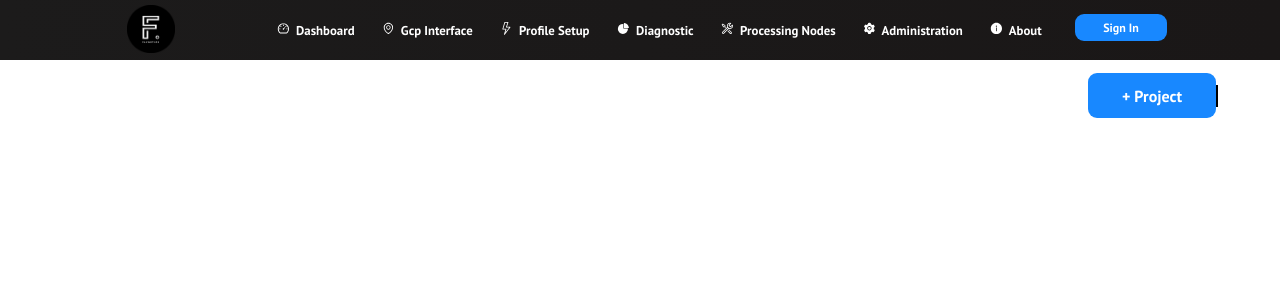
Repository: Akshaykumar1111/akki
Page: /Dashboard
The author's editor kept a copy of each file at every save. The page is drawn from the files as they stood at one save, then again after the next save.
The browser window is 1280 px wide. The pictures show the whole page.
Some web libraries are served in a nearby version. The project was rebuilt for these pictures with package versions that can differ from the ones it lists, and the page was loaded fresh each time. Also part of the build but not shown: src/components/pages/Administration.css, src/components/pages/Administration.js, src/components/pages/Diagnostic.js, src/components/pages/ProfileSetup.js, src/components/pages/GcpInterface.js, src/components/pages/ProcessingNodes.js, src/components/pages/About.js, src/components/pages/Popup.css and 7 more.

Above is the page before, as saved 2022-10-20 11:00:58.

### src/App.js
import React from 'react';
import Navbar from './components/Navbar';
import './App.css';

import { BrowserRouter as Router, Switch, Route } from 'react-router-dom';
import Dashboard from './components/pages/Dashboard';
import Administration from './components/pages/Administration';
import Diagnostic from './components/pages/Diagnostic';
import ProfileSetup from './components/pages/ProfileSetup';
import GcpInterface from './components/pages/GcpInterface';
import ProcessingNodes from './components/pages/ProcessingNodes';
import About from './components/pages/About';
import SignIn from './components/pages/SignIn';
import SignUp from './components/pages/SignUp';
import Forgot from './components/pages/Forgot';
import Otp from './components/pages/Otp';
import Popup from './components/pages/Popup';
import  ResetPassword from './components/pages/ResetPassword';
// import  popup from './components/pages/ModalDialog';
// import ModalDialog from './components/pages/ModalDialog'
// import '../node_modules/bootstrap/dist/css/bootstrap.min.css'
function App() {
  return (
    <Router>
      <Navbar />
      <Switch>

        <Route path='/Dashboard' exact component={Dashboard} />
        <Route path='/Diagnostic' component={Diagnostic} />

        <Route path='/ProfileSetup' component={ProfileSetup} />
        <Route path='/GcpInterface' component={GcpInterface} />
        <Route path='/ProcessingNodes' component={ProcessingNodes} />


        <Route path='/About' component={About} />
        <Route path='/Administration' component={Administration} />

        <Route path='/sign-In' component={SignIn} />
        <Route path='/SignUp' component={SignUp} />
        <Route path='/Forgot' component={Forgot} />
        <Route path='/Otp' component={Otp} />
        <Route path='/ResetPassword' component={ResetPassword} />
        <Route path='/Popup' component={Popup} />
        {/* <Route path='/popup' component={popup} /> */}

      </Switch>
      {/* <div className="container mt-3">
       <ModalDialog />
          </div> */}
    </Router>


  );
}

export default App;

### src/App.css
* {
  box-sizing: border-box;
  margin: 0;
  padding: 0;
  font-family: 'PT Sans', sans-serif;
}

.home,
.Diagnostic,
.Dashboard,
.ProfileSetup,
.GcpInterface,
.ProcessingNodes,
.products,
.Administration,
.DeveloperTools,
.About,
.sign-up,
.SigUp,
.Forgot,
.marketing,
.consulting {
  display: flex;
  height: 961.3px;
  align-items: center;
  justify-content: center;
  font-size: 2rem;
}


.map-container{
  width: 100%;
  height: 100%;
}

.Dashboard {
  background-image: url('./images/img-1.jpg');
  background-position: center;
  background-size: cover;
  background-repeat: no-repeat;
  color: #fff;
  font-size: 100px;

  margin-bottom: 10px;
}

.GcpInterface {
  background-image: url('./images/img-2.jpg');
  background-position: center;
  background-size: cover;
  background-repeat: no-repeat;
  color: #fff;
  font-size: 100px;
}

.Diagnostic {
  background-image: url('./images/img-3.jpg');
  background-position: center;
  background-size: fill;
  background-repeat: no-repeat;
  color: #fff;
  font-size: 100px;
}

.ProfileSetup {
  background-image: url('./images/img-4.jpg');
  background-position: center;
  background-size: cover;
  background-repeat: no-repeat;
  color: #fff;
  font-size: 100px;
}

.sign-up {
  background-image: url('./images/img-7.jpg');
  background-position: center;
  background-size: cover;
  background-repeat: no-repeat;
  color: #fff;
  font-size: 100px;
}

.marketing {
  background-image: url('./images/img-6.jpg');
  background-position: center;
  background-size: cover;
  background-repeat: no-repeat;
  color: #fff;
  font-size: 100px;
}

.consulting {
  background-image: url('./images/img-5.jpg');
  background-position: bottom;
  background-size: cover;
  background-repeat: no-repeat;
  color: #fff;
  font-size: 100px;
}

### src/components/pages/Dashboard.js

import React from 'react';
import '../../App.css';
import '../Button.css';
import './Dashboard.css';

export default function Dashboard() {
  return ( <>

  <button type="button" className='btn projectbtn'>+ Project</button>
  <div11></div11>
  </>
  )
 }

### src/components/Button.js
import React from 'react';
import './Button.css';
import { Link } from 'react-router-dom';

export function Button() {
  return (
    <Link to='sign-In'>
      <button className='btn'>Sign In</button>
    </Link>
  );
}

### src/components/Navbar.css
.navbar {

  height: 70px;
  display: flex;
  justify-content: center;
  align-items: center;
  font-size: 1.2rem;


}
.nav-bg1{
  background-color: rgba(42, 41, 41, 0.606);
  }
.nav-bg2{
  background: linear-gradient(90deg, rgb(28, 27, 27) 0%, rgb(26, 23, 23) 100%);

}

.navbar-logo {
  color: #fff;
  justify-self: start;
  margin-left: 20px;
  cursor: pointer;
  text-decoration: none;
  font-size: 2rem;
}

.fa-firstdraft {
    margin-left: -18%;
    font-size: 1rem;
    height: 4rem;
    width: 4rem;
    text-align: center;
    margin-top: 12%;
    margin-left: -190%;
}
/* .log-img{
  width: 8%;
} */
.nav-menu {
  display: grid;
  grid-template-columns: repeat(8, auto);
  grid-gap: 10px;
  list-style: none;
  text-align: center;
  width: 70vw;
  justify-content: end;
  margin-right: 2rem;
}

.nav-item {
  display: flex;
  align-items: center;
  height: 80px;
  margin-top: 8%;
  display: flex;
}

.nav-links {
  color: white;
  text-decoration: none;
  padding: 0.5rem 1rem;
}

.nav-links:hover {
  background-color: #1888ff;
  border-radius: 4px;
  transition: all 0.2s ease-out;
}

.fa-bars {
  color: #fff;
}

.nav-links-mobile {
  display: none;
}

.menu-icon {
  display: none;
}
.li1{
  margin-top: 9%;
}

.li2{
  margin-top: 8%;
}
.li4{
  margin-top: 9%;
}
.li5{
  margin-top: 6.5%;
}
.li6{
  margin-top: 7.3%;
}
.li7{
  margin-top: 12.4%;
}
.li8{
  margin-top: 7%;
}

.nav-links1 {
  color: white;
  text-decoration: none;
  padding: 0.5rem 1rem;
}






@media screen and (max-width: 1648px) {
  .navbar {
    /* background: linear-gradient(90deg, rgb(28, 27, 27) 0%, rgb(26, 23, 23) 100%); */
    height: 60px;
    display: flex;
    justify-content: center;
    align-items: center;
    font-size: 0.8rem;
  }
  .nav-bg1{
    background-color: rgba(42, 41, 41, 0.606);
    }
  .nav-bg2{
    background: linear-gradient(90deg, rgb(28, 27, 27) 0%, rgb(26, 23, 23) 100%);

  }
  .navbar-logo {
    color: #fff;
    justify-self: start;
    margin-left: 20px;
    cursor: pointer;
    text-decoration: none;
    font-size: 1.5rem;
    padding-right: 1%;
  }

  .fa-firstdraft {
    margin-left: -6%;
    font-size: 1rem;
    height: 3rem;
    width: 3rem;
    text-align: center;
    margin-top: 12%;
}

  .nav-menu {
    display: grid;
    grid-template-columns: repeat(8, auto);
    grid-gap: 8px;
    list-style: none;
    text-align: center;
    width: 75vw;
    justify-content: end;
    margin-right: 1.2rem;
  }

  .nav-item {
    display: flex;
    align-items: center;
    height: 75px;
  }

  .nav-links {
    color: white;
    text-decoration: none;
    padding: 0.5rem 0.6rem;
  }

  .nav-links1 {
    color: white;
    text-decoration: none;
    padding: 0.5rem 1rem;
  }

  .nav-links:hover {
    background-color: #1888ff;
    border-radius: 4px;
    transition: all 0.2s ease-out;
  }

  .fa-bars {
    color: #fff;
  }

  .nav-links-mobile {
    display: none;
  }

  .menu-icon {
    display: none;
  }
  .li1{
    margin-top: 9%;
  }

  .li2{
    margin-top: 8%;
  }
  .li4{
    margin-top: 9%;
  }
  .li5{
    margin-top: 6.5%;
  }
  .li6{
    margin-top: 7.3%;
  }
  .li7{
    margin-top: 12.4%;
  }
  .li8{
    margin-top: 7%;
  }

}



@media screen and (max-width: 961px) {
  .NavbarItems {
    position: relative;
  }

  .nav-menu {
    display: flex;
    flex-direction: column;
    width: 100%;
    height: 90vh;
    position: absolute;
    top: 80px;
    left: -100%;
    opacity: 1;
    transition: all 0.5s ease;
  }

  .nav-menu.active {
    background: #242222;
    left: 0;
    opacity: 1;
    transition: all 0.5s ease;
    z-index: 1;
  }

  .nav-links {
    text-align: center;
    padding: 0rem;
    width: 100%;
    display: table;
    margin-top: -1%;
  }

  .nav-links1 {
    color: white;
    text-decoration: none;
    padding: 0.5rem 1rem;
  }


  .nav-links:hover {
    background-color: #1888ff;
    border-radius: 0;
  }

  .navbar-logo {
    position: absolute;
    top: 0;
    left: 0;
    transform: translate(25%, 50%);
  }

  .menu-icon {
    display: block;
    position: absolute;
    top: -8px;
    right: 0;
    transform: translate(-100%, 60%);
    font-size: 1.8rem;
    cursor: pointer;
  }

  .fa-times {
    color: #fff;
    font-size: 2rem;
  }
  .nav-item {
    display: flex;
    align-items: center;
    height: 88px;
    font-size: 155%;
}

  .nav-links-mobile {
    display: block;
    text-align: center;
    /* padding: 1.5rem; */
    margin: 0rem auto;
    border-radius: 16px;
    width: 50%;
    background: #1888ff;
    text-decoration: none;
    color: #fff;
    font-size: 1.2rem;
    height: 55px;
    margin-bottom: 2%;
    padding-top: 2%;
  }

  .nav-links-mobile:hover {
    background: #fff;
    color: #1888ff;
    transition: 250ms;
  }

  .nav-Button{
    margin-top: 14%;
  }
  /* button {
    display: none;
  } */
  .fa-firstdraft {
    margin-left: 85%;
    font-size: 1rem;
    height: 3rem;
    width: 3rem;
    text-align: center;
    margin-top: -28%;
}
.li1{
  margin-top: 9%;
}

.li2{
  margin-top: 8%;
}
.li4{
  margin-top: 9%;
}
.li5{
  margin-top: 6.5%;
}
.li6{
  margin-top: 7.3%;
}
.li7{
  margin-top: 12.4%;
}
.li8{
  margin-top: 7%;
}

}



@media screen and (max-width: 480px) {
  .NavbarItems {
    position: relative;
  }

  .nav-menu {
    display: flex;
    flex-direction: column;
    width: 100%;
    height: 90vh;
    position: absolute;
    top: 80px;
    left: -100%;
    opacity: 1;
    transition: all 0.5s ease;
  }

  .nav-menu.active {
    background: #242222;
    left: 0;
    opacity: 1;
    transition: all 0.5s ease;
    z-index: 1;
  }

  .nav-links {
    text-align: center;
    padding: 0rem;
    width: 100%;
    display: table;
    margin-top: -1%;
  }

  .nav-links1 {
    color: white;
    text-decoration: none;
    padding: 0.5rem 1rem;
  }


  .nav-links:hover {
    background-color: #1888ff;
    border-radius: 0;
  }

  .navbar-logo {
    position: absolute;
    top: 0;
    left: 0;
    transform: translate(25%, 50%);
  }

  .menu-icon {
    display: block;
    position: absolute;
    top: -8px;
    right: 0;
    transform: translate(-100%, 60%);
    font-size: 1.8rem;
    cursor: pointer;
  }

  .fa-times {
    color: #fff;
    font-size: 2rem;
  }
  .nav-item {
    display: flex;
    align-items: center;
    height: 88px;
    font-size: 155%;
}

  .nav-links-mobile {
    display: block;
    text-align: center;
    /* padding: 1.5rem; */
    margin: 0rem auto;
    border-radius: 16px;
    width: 50%;
    background: #1888ff;
    text-decoration: none;
    color: #fff;
    font-size: 1.2rem;
    height: 55px;
    margin-bottom: 2%;
    padding-top: 2%;
  }

  .nav-links-mobile:hover {
    background: #fff;
    color: #1888ff;
    transition: 250ms;
  }

  .nav-Button{
    margin-top: 14%;
  }
  /* button {
    display: none;
  } */
  .fa-firstdraft {
    margin-left: 50%;
    font-size: 1rem;
    height: 3rem;
    width: 3rem;
    text-align: center;
    margin-top: -28%;
}
.li1{
  margin-top: 9%;
}

.li2{
  margin-top: 8%;
}
.li4{
  margin-top: 9%;
}
.li5{
  margin-top: 6.5%;
}
.li6{
  margin-top: 7.3%;
}
.li7{
  margin-top: 12.4%;
}
.li8{
  margin-top: 7%;
}

}

/* <-----------sticky navbar----------> */
/* .sticky{
  position: fixed;
  top: 0;
  left: 0;
  width: 100%;
  height: 5rem;
  padding-top: 0;
  padding-bottom: 0;
  box-shadow: 0 0 2rem 0 rgb(0,0,0,5);
} */
/* <-----------sticky navbar end----------> */

### src/components/Button.css
:root {
  --primary: #1888ff;
}

.btn {
  padding: 6px 9px;
  border-radius: 4px;
  outline: none;
  border: none;
  font-size: 15px;
  color: #fff;
  cursor: pointer;
  background-color: var(--primary);
  margin-top: 33%;
}
.projectbtn {
  font-size: 150%;
  /* padding: 0.5% 0.1% 0.5% 0.1%; */
  width: 10%;
  margin-top: 1%;
  margin-left: 89%;
}

.btn:hover {
  padding: 5px 9px;
  transition: all 0.3s ease-out;
  background-color: transparent;
  color: #fff;
  border-radius: 4px;
  border: 2px solid var(--primary);
  transition: all 0.3s ease-out;
}
@media screen and (max-width: 1140px) {
  .NavbarItems {
    position: relative;
  }
  :root {
    --primary: #1888ff;
  }

  .btn {
    padding: 6px 12px;
    border-radius: 9px;
    outline: none;
    border: none;
    font-size: 12px;
    color: #fff;
    cursor: pointer;
    background-color: var(--primary);
    margin-top: 36%;
  }
  .projectbtn {
    font-size: 150%;
    /* padding: 0.5% 0.1% 0.5% 0.1%; */
    width: 10%;
    margin-top: 1%;
    margin-left: 89%;
  }

  .btn:hover {
    padding: 6px 18px;
    transition: all 0.3s ease-out;
    background-color: transparent;
    color: #fff;
    border-radius: 4px;
    border: 2px solid var(--primary);
    transition: all 0.3s ease-out;
  }
}

@media screen and (max-width: 1648px) {
  .NavbarItems {
    position: relative;
  }
  :root {
    --primary: #1888ff;
  }

  .btn {
    padding: 6px 12px;
    border-radius: 9px;
    outline: none;
    border: none;
    font-size: 12px;
    color: #fff;
    cursor: pointer;
    background-color: var(--primary);
    margin-top: 26%;
  }
  .projectbtn {
    font-size: 100%;
    padding: 1% 0.1% 1% 0.1%;
    width: 10%;
    margin-top: 1%;
    margin-left: 85%;
  }

  .btn:hover {
    padding: 6px 18px;
    transition: all 0.3s ease-out;
    background-color: transparent;
    color: #fff;
    border-radius: 4px;
    border: 2px solid var(--primary);
    transition: all 0.3s ease-out;
  }
}




@media screen and (max-width: 961px) {
  .NavbarItems {
    position: relative;
  }
  :root {
    --primary: #1888ff;
  }

  .btn {

    border-radius: 9px;
    outline: none;
    border: none;
    font-size: 12px;
    color: #fff;
    cursor: pointer;
    background-color: var(--primary);
    width: auto;
    margin-top: 3%;
  }
  .projectbtn {
    font-size: 100%;
    padding: 1.5% 0.1% 1.5% 0.1%;
    width: 10%;
    margin-top: 1%;
    margin-left: 86%;
  }

  .btn:hover {
    padding: 0px 0px;
    transition: all 0.3s ease-out;
    background-color: transparent;
    color: #fff;
    border-radius: 4px;
    border: 2px solid var(--primary);
    transition: all 0.3s ease-out;
  }
}

### src/components/pages/Dashboard.css
div11{

    border:1px solid black;
    background: transparent;
    }

### src/components/pages/Signin.css
.sign-ups{
    display: flex;
    height: 33px;
    align-items: center;
    justify-content: center;
    font-size: 3rem;
    margin-top: -9px;
    color:whitesmoke;
    text-shadow: 2px 2px 15px white;
  }
  body {font-family: Arial, Helvetica, sans-serif;}
  /* The Modal (background) */
  .Main-login-Div {
  width: 100%;
  height: 100%;
  background-color: rgba(0,0,0,0.4);

  padding:10% 20% 5.6% 20%;

  background-image: url('../../images/abhi.jpg');
  background-size: cover;


  }

  /* input[type=text], input[type=password] {
  width: 100%;
  padding: 12px 20px;
  margin: 12px 0;
  display: inline-block;
  border: 1px solid #ccc;
  box-sizing: border-box;
  } */
  .input[type=text], .input[type=password] {
    width: 100%;
    padding: 12px 20px;
    margin: 12px 0;
    display: inline-block;
    border: 1px solid #ccc;
    box-sizing: border-box;
    }

  /* Set a style for all buttons */
  button {
  background-color: var(--primary);
  color: white;
  padding: 14px 20px;
  margin: 12px 0;
  border: none;
  cursor: pointer;
  width: 100%;
  border-radius: 10px;

  }


  button:hover {
  opacity: 0.8;
  }

  .nav-links-mobile {
    display: none;
  }

  /* Extra styles for the cancel button */
  .cancelbtn {
  width: auto;
  padding: 10px 18px;
  background-color: #f44336;
  border-radius: 9%;
  }

  .Signupbtn{
  width: auto;
  padding: 10px 18px;
  background-color: var(--primary);
  text-align: center;
  border-radius: 9%;
  }

  /* Center the image and position the close button */
  .imgcontainer  {
  text-align: center;
  margin: 24px 0 12px 0;
  position: relative;
  }

  img.avatar {
  width: 40%;
  border-radius: 50%;
  }

  .container {
  padding: 16px;
  /* text-align: right; */

  }
  .cont2{
    margin-left: 75px;
  }

  .container5 {

  /* text-align: right; */
  width: 100%;
  display: flex;
  /* height: 10%; */

  }

  .container1 {
  padding: 16px;

  width: 80%;

  }
  .container2 {
  width: 20%;
  text-align: right;
  padding: 16px;

  }







  span.psw {
  float: right;
  padding-top: 16px;
  }



  /* Modal Content/Box */
  .modal-content {
  background-color: #fefefe;
  margin: 5% auto 15% auto; /* 5% from the top, 15% from the bottom and centered */
  border: 1px solid #888;
  width: 80%; /* Could be more or less, depending on screen size */
  border-radius: 18px;
  }

  /* The Close Button (x) */
  .close {
  position: absolute;
  right: 25px;
  top: 0;
  color: #000;
  font-size: 35px;
  font-weight: bold;
  }

  .close:hover,
  .close:focus {
  color: red;
  cursor: pointer;
  }

  /* Add Zoom Animation */
  .animate {
  -webkit-animation: animatezoom 0.6s;
  animation: animatezoom 0.6s
  }

  @-webkit-keyframes animatezoom {
  from {-webkit-transform: scale(0)}
  to {-webkit-transform: scale(1)}
  }

  @keyframes animatezoom {
  from {transform: scale(0)}
  to {transform: scale(1)}
  }


  /* /////////////////////////////////////////////////////////////////////////////////////////////////////////////////// */
  @media screen and (max-width: 961px){
  .sign-ups{
    display: flex;
    height: 33px;
    align-items: center;
    justify-content: center;
    font-size: 3rem;
    margin-top: -9px;
    color:whitesmoke;
    text-shadow: 2px 2px 15px white;
  }
  body {font-family: Arial, Helvetica, sans-serif;}
  /* The Modal (background) */
  .Main-login-Div {
  width: 100%; /* Full width */
  height: 100%; /* Full height */
  background-color: rgba(0,0,0,0.4); /* Black w/ opacity */
  padding-top: 15%;
  padding-bottom: 2%;

  background-image: url('../../images/abhi.jpg');
  background-size: cover;


  }

  .input2[type=text], .input2[type=password] {
  width: 80%;
  padding: 12px 20px;
  margin: 12px 0;
  display: inline-block;
  border: 1px solid #ccc;
  box-sizing: border-box;
  }

  /* Set a style for all buttons */
  button {
  background-color: var(--primary);
  color: white;
  padding: 14px 20px;
  margin: 12px 0;
  border: none;
  cursor: pointer;
  width: 100%;
  border-radius: 10px;
  }


  button:hover {
  opacity: 0.8;
  }

  /* Extra styles for the cancel button */
  .cancelbtn {
  /* width: auto; */
  padding: 10px 18px;
  background-color: #f44336;
  }

  .Signupbtn{
  /* width: auto; */
  padding: 10px 18px;
  background-color: var(--primary);
  text-align: center;

  }

  /* Center the image and position the close button */
  .imgcontainer  {
  text-align: center;
  margin: 24px 0 12px 0;
  position: relative;
  }

  img.avatar {
  width: 40%;
  border-radius: 50%;
  }

  .container {
  padding: 16px;
  /* text-align: right; */

  }

  .container5 {

  /* text-align: right; */
  width: 100%;
  display: flex;
  /* height: 10%; */

  }

  .container1 {
  padding: 16px;

  width: 80%;

  }
  .container2 {
  width: 50%;
  text-align: right;
  padding: 16px;

  }








  span.psw {
  float: right;
  padding-top: 16px;
  }



  /* Modal Content/Box */
  .modal-content {
  background-color: #fefefe;
  margin: 5% auto 15% auto; /* 5% from the top, 15% from the bottom and centered */
  border: 1px solid #888;
  width: 80%; /* Could be more or less, depending on screen size */
  border-radius: 18px;
  }

  /* The Close Button (x) */
  .close {
  position: absolute;
  right: 25px;
  top: 0;
  color: #000;
  font-size: 35px;
  font-weight: bold;
  }

  .close:hover,
  .close:focus {
  color: red;
  cursor: pointer;
  }

  /* Add Zoom Animation */
  .animate {
  -webkit-animation: animatezoom 0.6s;
  animation: animatezoom 0.6s
  }

  @-webkit-keyframes animatezoom {
  from {-webkit-transform: scale(0)}
  to {-webkit-transform: scale(1)}
  }

  @keyframes animatezoom {
  from {transform: scale(0)}
  to {transform: scale(1)}
  }
  }
  @media screen and (max-width: 300px) {
    span.psw {
       display: block;
       float: none;
    }
    .cancelbtn {
       width: 100%;
    }
  }

  @media screen and (max-width: 610px){
    .sign-ups{
      display: flex;
      height: 33px;
      align-items: center;
      justify-content: center;
      font-size: 2rem;
      margin-top: -9px;
      color:whitesmoke;
      text-shadow: 2px 2px 15px white;
    }
    body {font-family: Arial, Helvetica, sans-serif;}
    /* The Modal (background) */
    .Main-login-Div {
    width: 100%; /* Full width */
    height: 100%; /* Full height */
    background-color: rgba(0,0,0,0.4); /* Black w/ opacity */
    padding-top: 15%;
    padding-bottom: 2%;

    background-image: url('../../images/abhi.jpg');
    background-size: cover;


    }

    .input[type=text], .input[type=password] {
    width: 100%;
    padding: 12px 20px;
    margin: 12px 0;
    display: inline-block;
    border: 1px solid #ccc;
    box-sizing: border-box;
    }

    /* Set a style for all buttons */
    /* button {
    background-color: var(--primary);
    color: white;
    padding: 14px 20px;
    margin: 12px 0;
    border: none;
    cursor: pointer;
    width: 126%;
    } */
    .button {
      background-color: var(--primary);
      color: white;
      padding: 14px 20px;
      margin: 12px 0;
      border: none;
      cursor: pointer;
      width: 100%;
      border-radius: 10px;
      }



    button:hover {
    opacity: 0.8;
    }

    /* Extra styles for the cancel button */
    .cancelbtn {
    /* width: auto; */
    padding: 7px 14px;
    background-color: #f44336;
    }
    .cont2{
      margin-left: 75px;

    }
    .Signupbtn{
    /* width: auto; */
    padding: 3px 11px;
    background-color: var(--primary);
    text-align: center;
    font-size: 14px;

    }
    .Forgot-password{
      font-size: 12px;
    }

    /* Center the image and position the close button */
    .imgcontainer  {
    text-align: center;
    margin: 24px 0 12px 0;
    position: relative;
    }

    img.avatar {
    width: 40%;
    border-radius: 50%;
    }

    .container {
    padding: 16px;
    /* text-align: right; */
    width: 100%;

    }

    .container5 {

    /* text-align: right; */
    width: 100%;
    display: flex;
    /* height: 10%; */

    }

    .container1{
    padding: 16px;

    width: 80%;

    }
    .container2 {
    width: 50%;
    text-align: right;
    padding: 16px;

    }








    span.psw1 {
    float: right;
    padding-top: 16px;
    }



    /* Modal Content/Box */
    .modal-content {
    background-color: #fefefe;
    margin: 5% auto 15% auto; /* 5% from the top, 15% from the bottom and centered */
    border: 1px solid #888;
    width: 80%; /* Could be more or less, depending on screen size */
    border-radius: 18px;
    }

    /* The Close Button (x) */
    .close {
    position: absolute;
    right: 25px;
    top: 0;
    color: #000;
    font-size: 35px;
    font-weight: bold;
    }

    .close:hover,
    .close:focus {
    color: red;
    cursor: pointer;
    }

    /* Add Zoom Animation */
    .animate {
    -webkit-animation: animatezoom 0.6s;
    animation: animatezoom 0.6s
    }

    @-webkit-keyframes animatezoom {
    from {-webkit-transform: scale(0)}
    to {-webkit-transform: scale(1)}
    }

    @keyframes animatezoom {
    from {transform: scale(0)}
    to {transform: scale(1)}
    }
    }

    @media screen and (max-width: 523px){
      .sign-ups{
        display: flex;
        height: 33px;
        align-items: center;
        justify-content: center;
        font-size: 1.5rem;
        margin-top: -9px;
        color:whitesmoke;
        text-shadow: 2px 2px 15px white;
      }
      body {font-family: Arial, Helvetica, sans-serif;}
      /* The Modal (background) */
      .Main-login-Div {
      width: 100%; /* Full width */
      height: 100%; /* Full height */
      background-color: rgba(0,0,0,0.4); /* Black w/ opacity */
      padding-top: 15%;
      padding-bottom: 2%;

      background-image: url('../../images/abhi.jpg');
      background-size: cover;


      }

      .input[type=text], .input[type=password] {
      width: 100%;
      padding: 12px 20px;
      margin: 12px 0;
      display: inline-block;
      border: 1px solid #ccc;
      box-sizing: border-box;
      }

      /* Set a style for all buttons */
      /* button {
      background-color: var(--primary);
      color: white;
      padding: 14px 20px;
      margin: 12px 0;
      border: none;
      cursor: pointer;
      width: 126%;
      } */
      .button {
        background-color: var(--primary);
        color: white;
        padding: 14px 20px;
        margin: 12px 0;
        border: none;
        cursor: pointer;
        width: 100%;
        border-radius: 10px;

        }



      button:hover {
      opacity: 0.8;
      }

      /* Extra styles for the cancel button */
      .cancelbtn {
      /* width: auto; */
      padding: 7px 14px;
      background-color: #f44336;
      }
      .cont2{
        margin-left: 30px;

      }
      .Signupbtn{
      /* width: auto; */
      padding: 3px 11px;
      background-color: var(--primary);
      text-align: center;
      font-size: 14px;

      }
      .Forgot-password{
        font-size: 12px;
      }

      /* Center the image and position the close button */
      .imgcontainer  {
      text-align: center;
      margin: 24px 0 12px 0;
      position: relative;
      }

      img.avatar {
      width: 40%;
      border-radius: 50%;
      }

      .container {
      padding: 16px;
      /* text-align: right; */
      width: 100%;

      }

      .container5 {

      /* text-align: right; */
      width: 100%;
      display: flex;
      /* height: 10%; */

      }

      .container1{
      padding: 16px;

      width: 80%;

      }
      .container2 {
      width: 50%;
      text-align: right;
      padding: 16px;

      }








      span.psw1 {
      float: right;
      padding-top: 16px;
      }



      /* Modal Content/Box */
      .modal-content {
      background-color: #fefefe;
      margin: 5% auto 15% auto; /* 5% from the top, 15% from the bottom and centered */
      border: 1px solid #888;
      width: 80%; /* Could be more or less, depending on screen size */
      border-radius: 18px;
      }

      /* The Close Button (x) */
      .close {
      position: absolute;
      right: 25px;
      top: 0;
      color: #000;
      font-size: 35px;
      font-weight: bold;
      }

      .close:hover,
      .close:focus {
      color: red;
      cursor: pointer;
      }

      /* Add Zoom Animation */
      .animate {
      -webkit-animation: animatezoom 0.6s;
      animation: animatezoom 0.6s
      }

      @-webkit-keyframes animatezoom {
      from {-webkit-transform: scale(0)}
      to {-webkit-transform: scale(1)}
      }

      @keyframes animatezoom {
      from {transform: scale(0)}
      to {transform: scale(1)}
      }

      }

Loaded but not shown: public/index.html (common file); src/index.js (common file); src/components/Navbar.js (179 lines, source omitted)

After the next save:
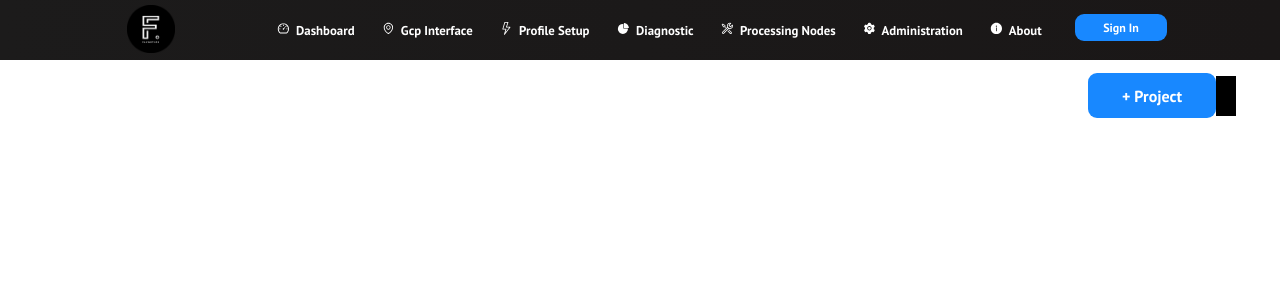
Saved 14 s later.
--- a/src/components/pages/Dashboard.css
+++ b/src/components/pages/Dashboard.css
@@ -1,5 +1,5 @@
 div11{
 
-    border:1px solid black;
+    border:10px solid black;
     background: transparent;
     }
